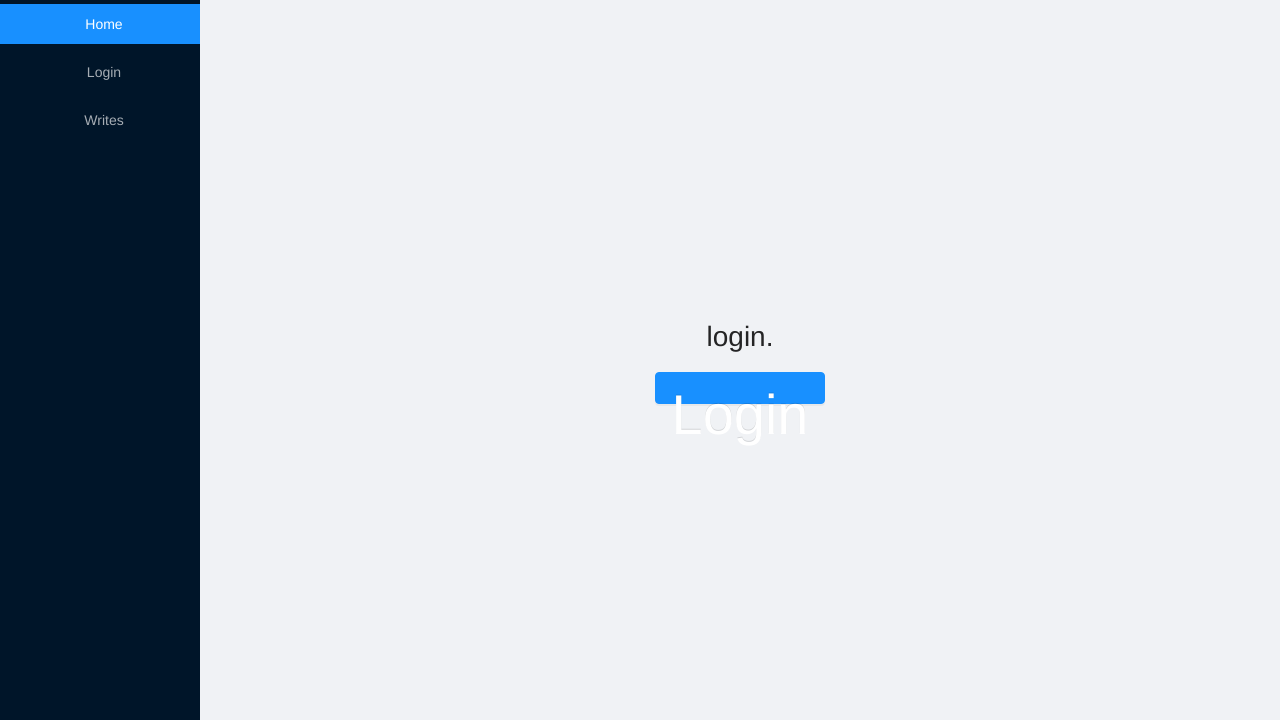
Repository: writesapp/mod
Page: /login
An editor plug-in stored every save of this project. The page is shown before and after the next save, followed by the edit.
The browser window is 1280 px wide. The pictures show the whole page.
The project was rebuilt for these pictures with package versions that can differ from the ones it lists, and the page was loaded fresh each time. Also part of the build but not shown: src/views/Home.vue, src/views/Writes.vue.

Above is the page before, as saved 2020-07-09 16:26:17.

After the next save:
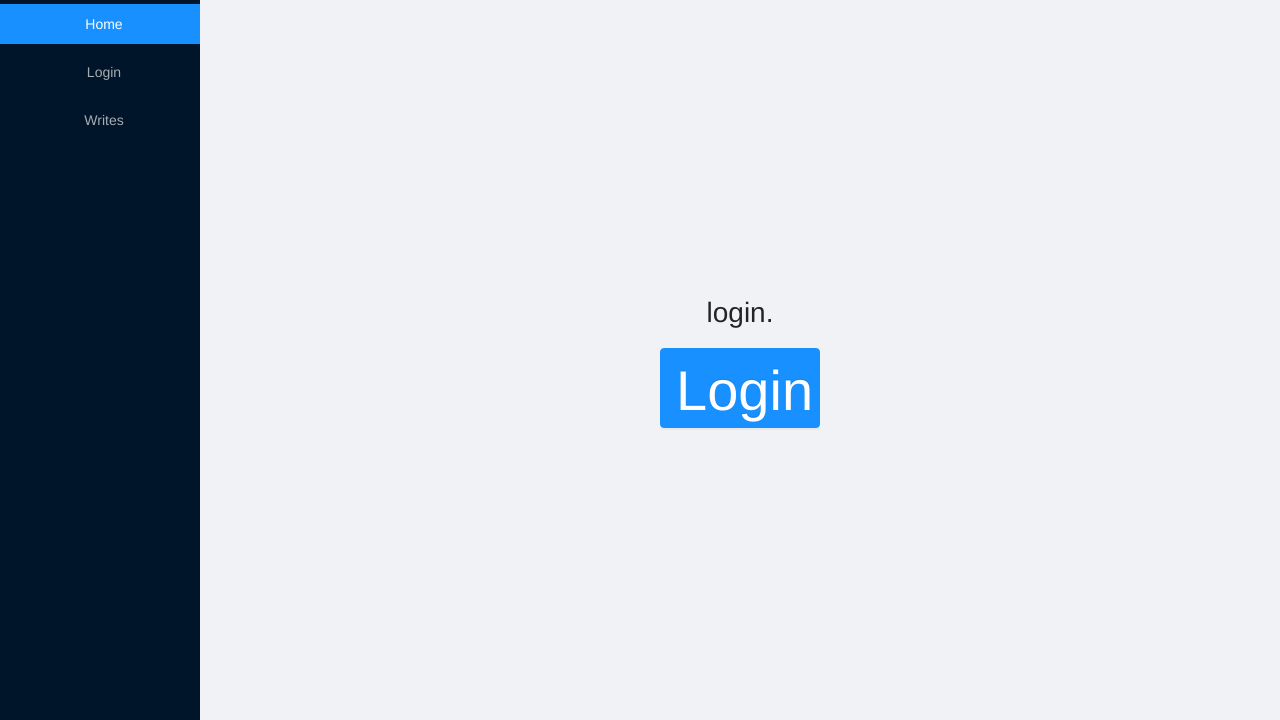
Saved 30 s later.
--- a/src/views/Login.vue
+++ b/src/views/Login.vue
@@ -34,6 +34,8 @@ export default {
   }
 
   button {
+    height: 80px;
+    width: 160px;
     font-size: 4em;
   }
 
